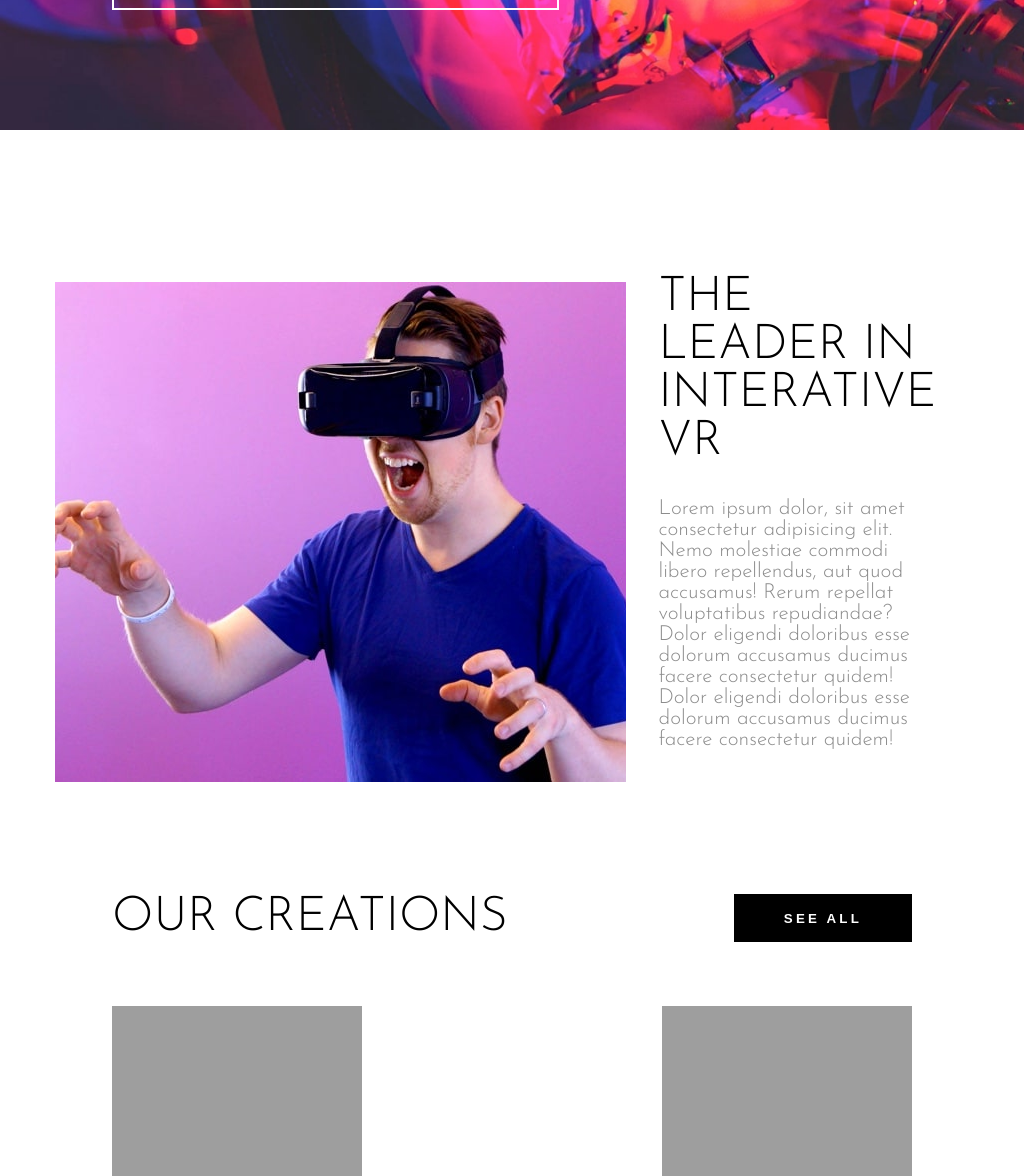
Repository: gligor99/loopstudios-fm
Page: /
The author's editor kept a copy of each file at every save. The page is drawn from the files as they stood at one save, then again after a run of saves.
The browser window is 1024 px wide. The pictures show the part of the page from y = 370 to 1546 px (the page is 3778 px tall before and 3746 px after).
Pictures or frames that could not be fetched are drawn as grey boxes. Backgrounds fixed to the window are drawn as part of the page. The project was rebuilt for these pictures with package versions that can differ from the ones it lists, and the page was loaded fresh each time.

Above is the page before, as saved 2021-11-28 21:39:37.

After the next 2 saves:
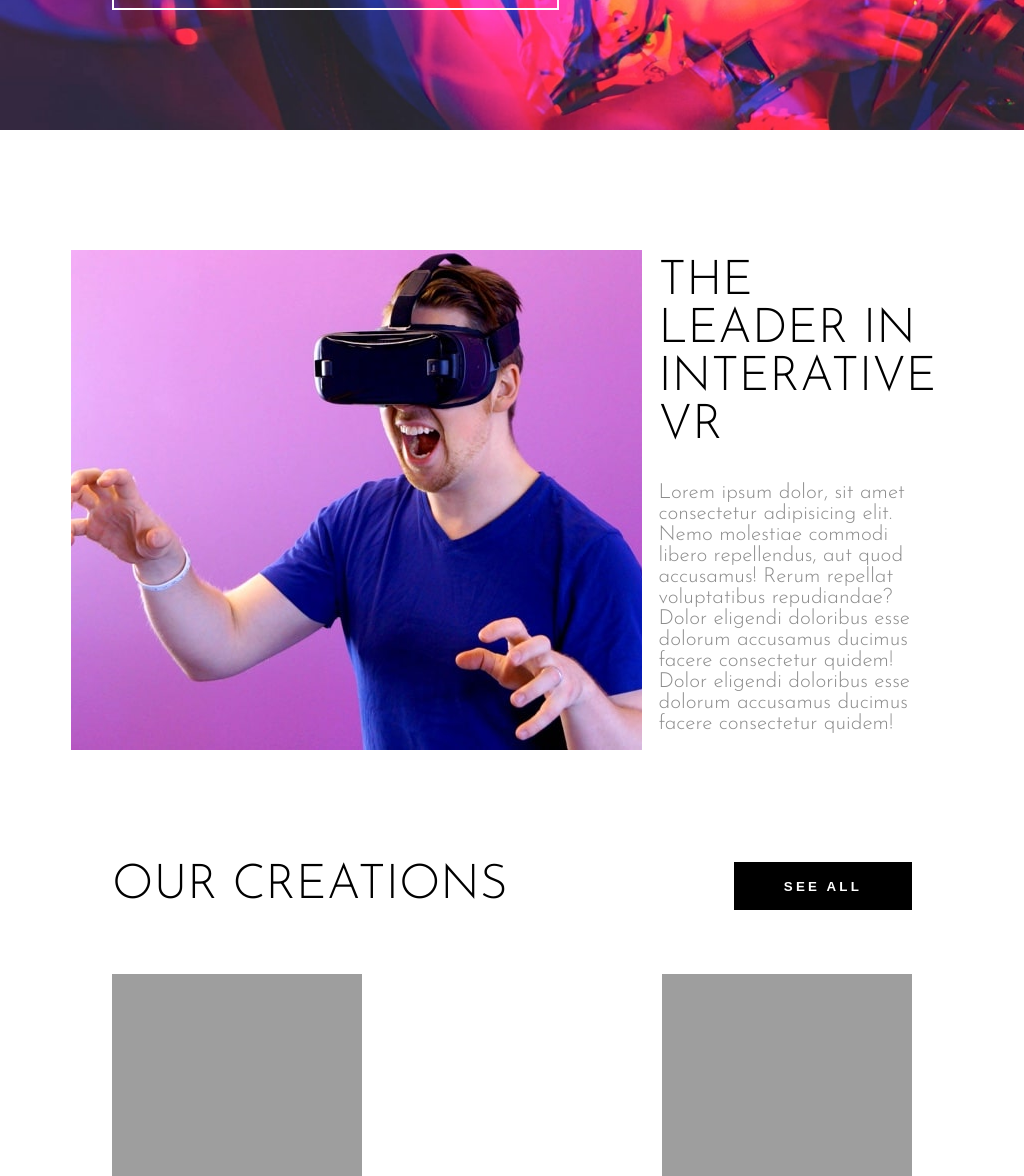
The 2 saves are shown as one change because they came seconds apart.
The last was saved 48 s later.
--- a/src/components/About/about.css
+++ b/src/components/About/about.css
@@ -38,3 +38,9 @@
     margin-left: -10rem;
   }
 }
+@media only screen and (max-width: 1210px) {
+  .about-content {
+    padding: 1rem;
+    margin-left: -10rem;
+  }
+}
